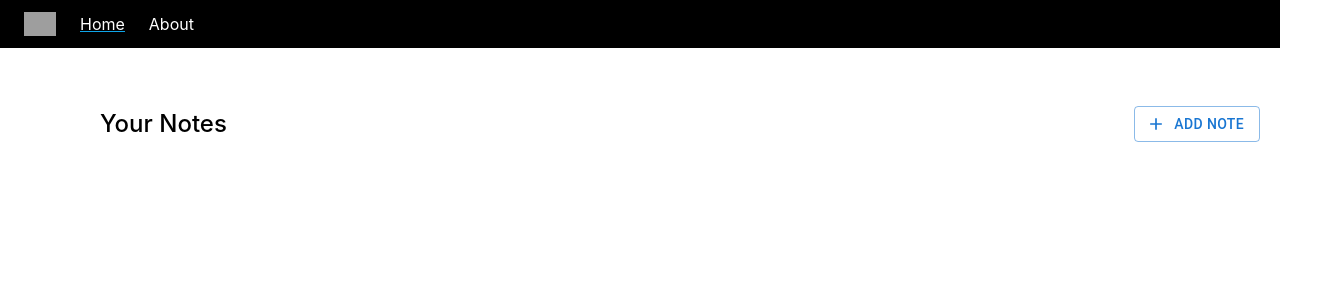
Repository: sonawaneteju4/iNote
Page: /
An editor plug-in stored every save of this project. The page is shown before and after the next save, followed by the edit.
The browser window is 1280 px wide. The page is 1320 px wide, then 1280 px, so the pictures cover 1320 px, including what lies to the right of the window. The pictures show the whole page.
Pictures or frames that could not be fetched are drawn as grey boxes. The page's requests for data from a server got no answer. Some web libraries are served in a nearby version. The project was rebuilt for these pictures with package versions that can differ from the ones it lists, and the page was loaded fresh each time. No one was signed in, and anything a server would have sent is missing. Also part of the build but not shown: src/App.css, src/components/NoteModal.js, src/components/NoteCard.js, src/components/About.js, src/components/Alert.js.

Above is the page before, as saved 2022-10-12 01:20:25.

### public/index.html
<!DOCTYPE html>
<html lang="en">
  <head>
    <meta charset="utf-8" />
    <link rel="icon" href="%PUBLIC_URL%/favicon.ico" />
    <meta name="viewport" content="width=device-width, initial-scale=1" />
    <meta name="theme-color" content="#000000" />
    <meta
      name="description"
      content="Web site created using create-react-app"
    />
    <link rel="apple-touch-icon" href="%PUBLIC_URL%/logo192.png" />

    <link rel="manifest" href="%PUBLIC_URL%/manifest.json" />

    <title>iNote - Secured Notes On Cloud</title>
  </head>
  <body>
    <noscript>You need to enable JavaScript to run this app.</noscript>
    <script src="https://kit.fontawesome.com/61d960ae85.js" crossorigin="anonymous"></script>
    <div id="root"></div>
  </body>
</html>

### src/App.js
import "./App.css";
import { BrowserRouter, Routes, Route } from "react-router-dom";
import Navbar from "./components/Navbar";
import Home from "./components/Home";
import About from "./components/About";
import NoteState from "./context/notes/NoteAPIs";
import Alert from "./components/Alert";

function App() {
  return (
    <>
      <NoteState>
        <BrowserRouter>
          <Navbar />
          <div className="container m-10">

          <Routes>
            <Route exact path="/" element={<Home />}></Route>
            <Route exact path="/about" element={<About />}></Route>
          </Routes>
          </div>
        </BrowserRouter>
      </NoteState>
    </>
  );
}

export default App;

### src/components/Navbar.js
import React, {useEffect} from 'react'
import { Link, useLocation } from 'react-router-dom'

const Navbar = () => {
  let location = useLocation();
  useEffect(() => {

  }, [location])

  return (
    <nav className='flex bg-black text-white sticky top-0'>
        <ul className='flex m-3'>
            <li className='px-3'><Link to="/"><img alt="Logo" className='h-6' src='https://i.ibb.co/yyD6c8M/i-NOTE-3.png'></img></Link></li>
            <li className={`px-3  ${location.pathname==='/'? "underline decoration-sky-500": ""}`}><Link to="/">Home</Link></li>
            <li className={`px-3  ${location.pathname==='/about'? "underline decoration-sky-500": ""}`}><Link to="/about">About</Link></li>
        </ul>

    </nav>
  )
}

export default Navbar

### src/components/Home.js
import React from 'react'
// import NoteState from '../context/notes/NoteState';
import Notes from './AllNotes';

const Home = () => {

  return (
    <div className='mx-10'>
      <Notes />
    </div>

  )
}

export default Home

### src/context/notes/NoteAPIs.js
import NoteContext from "./NoteContext";
import { useState } from "react";

const NoteAPIs = (props) => {
  const host = "http://localhost:5000"
  const notesInitial = []
  const [notes, setNotes] = useState(notesInitial)

  // Get all Notes
  const getNotes = async () => {
    // API Call
    const response = await fetch(`${host}/api/notes/fetchallnotes`, {
      method: 'GET',
      headers: {
        'Content-Type': 'application/json',
        "auth-token": "eyJhbGciOiJIUzI1NiIsInR5cCI6IkpXVCJ9.eyJ1c2VyIjp7ImlkIjoiNjM0MDJkNzU1M2FmOTliMGVlZjI2NTM0In0sImlhdCI6MTY2NTE1MDMyNX0.21oCHuWw9znwAh1XjjmkspjjhwBbkDeEM_QBgueLQc0"
      }
    });
    const json = await response.json()
    // console.log(json)
    setNotes(json)
  }

  // Add a Note
  const addNote = async (title, description, tag) => {
    // TODO: API Call
    // API Call
    const response = await fetch(`${host}/api/notes/addnote`, {
      method: 'POST',
      headers: {
        'Content-Type': 'application/json',
        "auth-token": "eyJhbGciOiJIUzI1NiIsInR5cCI6IkpXVCJ9.eyJ1c2VyIjp7ImlkIjoiNjM0MDJkNzU1M2FmOTliMGVlZjI2NTM0In0sImlhdCI6MTY2NTE1MDMyNX0.21oCHuWw9znwAh1XjjmkspjjhwBbkDeEM_QBgueLQc0"
      },
      body: JSON.stringify({title, description, tag})
    }).then(async (res) =>{
      if(res.status === 200){

        console.log("Note Saved Successful")
      }
      else{
        console.log("Failed to Save note")
      }
    });

    // console.log("Adding a new note")
    const note = {
      "_id": "61322f119553781a8ca8d0e08",
      "user": "6131dc5e3e4037cd4734a0664",
      "title": title,
      "description": description,
      "tag": tag,
      "date": "2021-09-03T14:20:09.668Z",
      "__v": 0
    };
    setNotes(notes.concat(note))
  }

  // Delete a Note
  const deleteNote = (id) => {
    // TODO: API Call
    console.log("Deleting the note with id" + id);
    const newNotes = notes.filter((note) => { return note._id !== id })
    setNotes(newNotes)
  }
  // Edit a Note
  const editNote = async (id, title, description, tag) => {
    // API Call
    const response = await fetch(`${host}/api/notes/updatenote/${id}`, {
      method: 'POST',
      headers: {
        'Content-Type': 'application/json',
        "auth-token": "eyJhbGciOiJIUzI1NiIsInR5cCI6IkpXVCJ9.eyJ1c2VyIjp7ImlkIjoiNjM0MDJkNzU1M2FmOTliMGVlZjI2NTM0In0sImlhdCI6MTY2NTE1MDMyNX0.21oCHuWw9znwAh1XjjmkspjjhwBbkDeEM_QBgueLQc0"
      },
      body: JSON.stringify({title, description, tag})
    });
    const json = response.json();
    console.log(json)

    // Logic to edit in client
    for (let index = 0; index < notes.length; index++) {
      const element = notes[index];
      if (element._id === id) {
        element.title = title;
        element.description = description;
        element.tag = tag;
      }

    }
  }

  return (
    <NoteContext.Provider value={{ notes, addNote, deleteNote, editNote, getNotes }}>
      {props.children}
    </NoteContext.Provider>
  )

}
export default NoteAPIs;

### src/components/AllNotes.js
import React, { useState, useContext, useEffect } from "react";
import NoteContext from "../context/notes/NoteContext";
import NoteModal from "./NoteModal";
import NoteItem from "./NoteCard";
import Button from "@mui/material/Button";
import AddIcon from "@mui/icons-material/Add";

const Notes = () => {
  const context = useContext(NoteContext);
  const [showModal, setShowModal] = useState(false);
  const [showModalForUpdate, setShowModalForUpdate] = useState(false);
  const { notes, getNotes } = context;

  const [noteForUpdate, setNoteForUpdate] = useState();
  const forUpdate = true;
  useEffect(() => {
    getNotes();
  }, []);

  const updateNote = (n) => {
    setShowModalForUpdate(true);
    setNoteForUpdate(n);
  };

  return (
    <div>
      <div className="flex justify-between items-center my-5 mx-5 sticky">
        <h1 className="py-5 text-2xl font-medium">Your Notes</h1>
        <Button
          variant="outlined"
          startIcon={<AddIcon />}
          onClick={() => setShowModal(true)}
        >
          Add Note
        </Button>
      </div>
      {showModal && <NoteModal closeModal={setShowModal} />}
      {showModalForUpdate && (
        <NoteModal
          closeModal={setShowModalForUpdate}
          noteForUpdate={noteForUpdate}
          forUpdate={forUpdate}
        />
      )}
      <div className="grid grid-cols-3 gap-1 items-stretch">
        {notes.map((note) => {
          return (
            <div key={note._id} onClick={() => updateNote(note)}>
              <NoteItem note={note} />
            </div>
          );
        })}
      </div>
    </div>
  );
};

export default Notes;

Loaded but not shown: src/index.js (common file); src/index.css (common file); src/context/notes/NoteContext.js (common file); tailwind.config.js (common file)

After the next save:
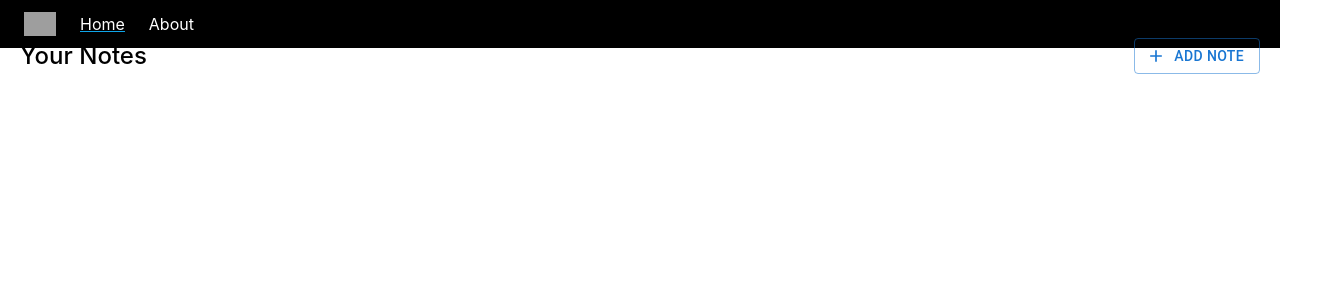
Saved 86 s later.
--- a/src/components/AllNotes.js
+++ b/src/components/AllNotes.js
@@ -24,7 +24,7 @@ const Notes = () => {
 
   return (
     <div>
-      <div className="flex justify-between items-center my-5 mx-5 sticky">
+      <div className="flex justify-between items-center my-5 mx-5 fixed top-0 left-0 right-0">
         <h1 className="py-5 text-2xl font-medium">Your Notes</h1>
         <Button
           variant="outlined"
